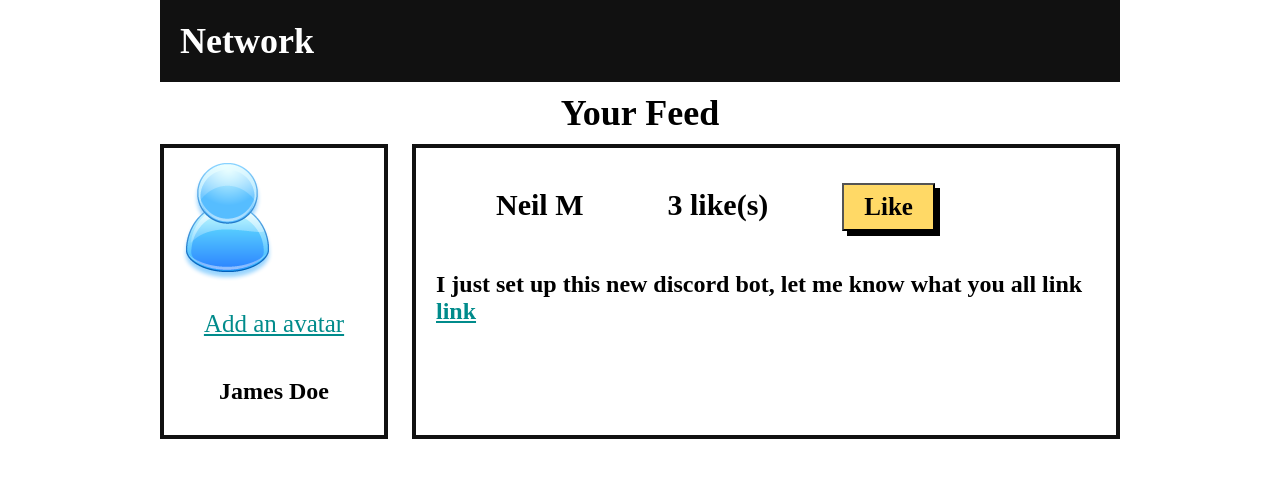
Repository: Blender20/liking_likes
Page: index.html
The author's editor kept a copy of each file at every save. The page is drawn from the files as they stood at one save, then again after the next save.
The browser window is 1280 px wide. The pictures show the whole page.
Some web fonts or font styles are not loaded; a fallback is used.

Above is the page before, as saved 2022-03-30 11:18:50.

### index.html
<!DOCTYPE html>
<html lang="en">

<head>
  <meta charset="UTF-8">
  <meta http-equiv="X-UA-Compatible" content="IE=edge">
  <meta name="viewport" content="width=device-width, initial-scale=1.0">
  <link rel="stylesheet" href="style.css">
  <title>Document</title>
</head>

<body>
  <nav>
    <h1>Network</h1>
  </nav>
  <div class="feed">
    <h1>Your Feed</h1>
  </div>
  <div class="container flex">
    <div class="leftColumn">
      <div class="img">
        <img src="./user.png" alt="user icon">
      </div>

      <div class="addAvatar"><a href="#">Add an avatar</a>
      </div>
      <div class="userInput">
        <h2>James Doe</h2>
      </div>
    </div>

    <div class="right">
      <h3>Neil M</h3>
      <h3><span id="likeCount">3</span> like(s)</h3>
      <button onclick="addLike()" id="like">Like</button>

      <div class="text-box">
        <h2>I just set up this new discord bot, let me know what you all link <a href="#">link</a></h2>
      </div>
    </div>
  </div>
  <script src="script.js"></script>
</body>

</html>

### style.css
@import url('https://fonts.googleapis.com/css2?family=Balsamiq+Sans:ital,wght@0,400;0,700;1,700&display=swap');
  *{
  padding: 0;
  margin: 0;
  box-sizing: border-box;
  font-family: 'Balsamiq Sans', cursive;
}

.flex {
  display: flex;
  justify-content: space-between;
  align-self: center;
  gap:1.5em;
}
nav{
  min-height: 70px;
  background-color: #111;
  display: block;
  width: 75%;
  margin: 0 auto;

  color: #fff;
  font-family: "balsamiq Sans";
  padding: 10px
}
.container {
  margin: 0 auto;
  width: 75%

}

 .leftColumn{
  border: 4px solid #111;
  /* margin-top: 50px; */
  flex:1;
  margin: 0 auto;

 }

.right {
  border: 4px solid #111;
  /* justify-content: space-between; */
 /* align-items: center; */
 flex:3;
 padding: 20px;
}


h1 {

  font-size: 36px;
  padding: 10px;
}
h2 {
  display:inline-block



}
h3 {
  font-size: 30px;
  display: inline;
  padding-left: 40px;
  margin:20px;
  text-align: end;

}
.feed {
  text-align: center;
  justify-content: center;
}
.text-box {
  margin-top: 40px;
}
a {
  color: darkcyan
}


#like {
  background-color: #FFD966;
  padding: 8px 20px;
  margin-top: 15px;
  margin-left: 50px;
  font-weight: 900;
  font-size: 25px;
  box-shadow: 5px 5px;

}
.avatar{

  text-align: center;

}
.addAvatar{
  margin-top: 20px;
  text-align: center;
  font-size: 25px;

}
.userInput {
  text-align: center;
  margin-top: 40px;
  margin-bottom: 30px;
}
.img {
  margin-top: 10px;
}

### script.js
var likeCount = document.querySelector('#likeCount')
console.log(likeCount)
function addLike() {

  likeCount.innerText++;

}

After the next save:
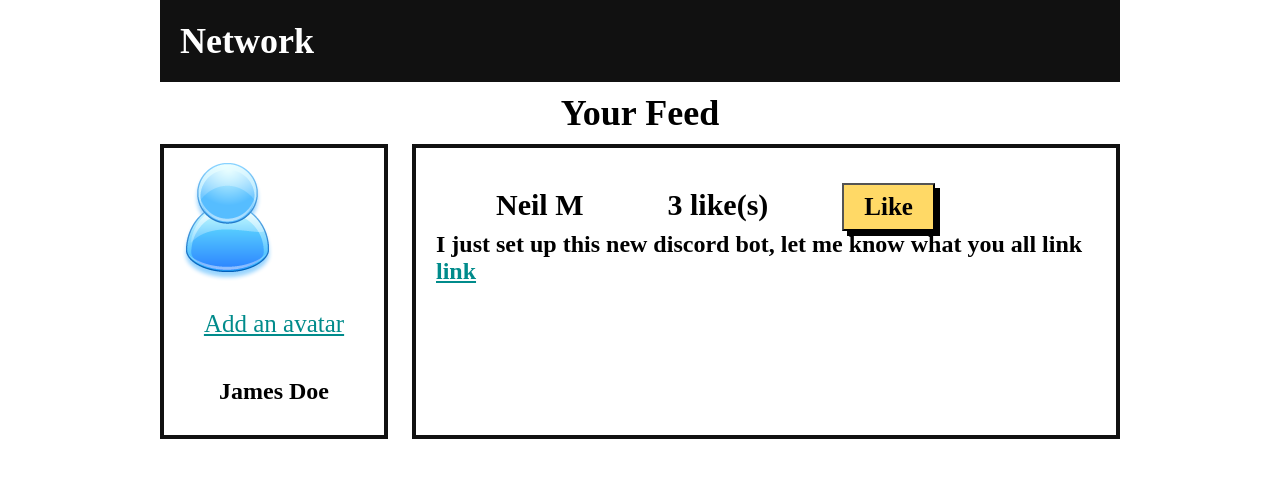
Saved 4 min 3 s later.
--- a/style.css
+++ b/style.css
@@ -70,7 +70,7 @@
   justify-content: center;
 }
 .text-box {
-  margin-top: 40px;
+  margin-bottom: 40px;
 }
 a {
   color: darkcyan

After the save that followed:
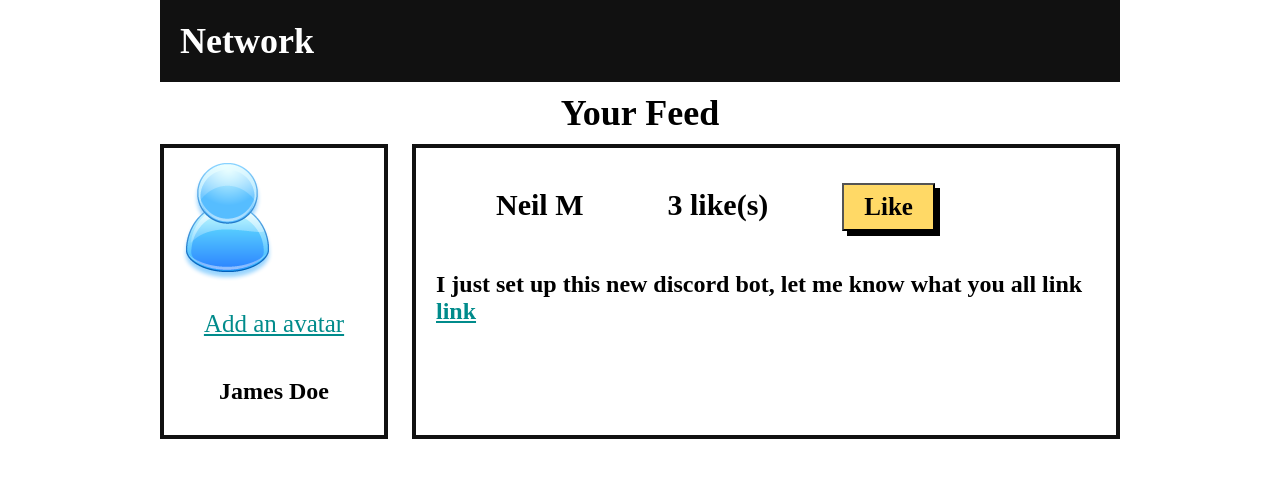
Saved 7 s later.
--- a/style.css
+++ b/style.css
@@ -70,7 +70,7 @@
   justify-content: center;
 }
 .text-box {
-  margin-bottom: 40px;
+  margin-top: 40px;
 }
 a {
   color: darkcyan
